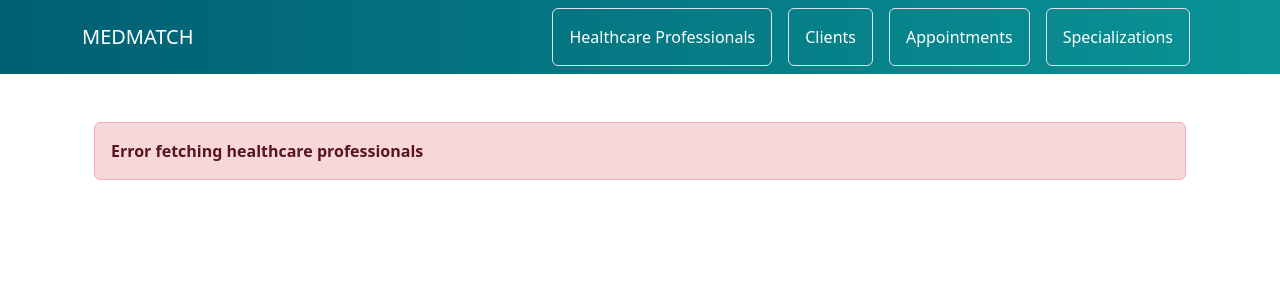
Repository: fahma20/medmatch-platform
Page: /healthcare-professionals (app in client/)
The author's editor kept a copy of each file at every save. The page is drawn from the files as they stood at one save, then again after the next save.
The browser window is 1280 px wide. The pictures show the whole page.
The page's requests for data from a server got no answer. The project was rebuilt for these pictures with package versions that can differ from the ones it lists, and the page was loaded fresh each time. No one was signed in, and anything a server would have sent is missing. Also part of the build but not shown: client/src/components/Specializations.js, client/src/components/Appointments.js, client/src/components/Clients.js, client/src/components/Homepage.js.

Above is the page before, as saved 2025-02-02 16:08:37.

### client/public/index.html
<!DOCTYPE html>
<html lang="en">
  <head>
    <meta charset="utf-8" />
    <link rel="icon" href="%PUBLIC_URL%/favicon.ico" />
    <link rel="preconnect" href="https://fonts.gstatic.com" />
    <link
      href="https://fonts.googleapis.com/css2?family=Permanent+Marker&display=swap"
      rel="stylesheet"
    />
    <meta name="viewport" content="width=device-width, initial-scale=1" />
    <meta name="theme-color" content="#000000" />
    <meta
      name="description"
      content="Web site created using create-react-app"
    />
    <link rel="apple-touch-icon" href="%PUBLIC_URL%/logo192.png" />
    <!--
      manifest.json provides metadata used when your web app is installed on a
      user's mobile device or desktop. See https://developers.google.com/web/fundamentals/web-app-manifest/
    -->
    <link rel="manifest" href="%PUBLIC_URL%/manifest.json" />
    <!--
      Notice the use of %PUBLIC_URL% in the tags above.
      It will be replaced with the URL of the `public` folder during the build.
      Only files inside the `public` folder can be referenced from the HTML.

      Unlike "/favicon.ico" or "favicon.ico", "%PUBLIC_URL%/favicon.ico" will
      work correctly both with client-side routing and a non-root public URL.
      Learn how to configure a non-root public URL by running `npm run build`.
    -->
    <title>MedMatch</title>
  </head>
  <body>
    <noscript>You need to enable JavaScript to run this app.</noscript>
    <div id="root"></div>
    <!--
      This HTML file is a template.
      If you open it directly in the browser, you will see an empty page.

      You can add webfonts, meta tags, or analytics to this file.
      The build step will place the bundled scripts into the <body> tag.

      To begin the development, run `npm start` or `yarn start`.
      To create a production bundle, use `npm run build` or `yarn build`.
    -->
  </body>
</html>

### client/src/index.js
import React from "react";
import ReactDOM from "react-dom/client";
import App from './components/App';  // Correct path to the App component

const root = ReactDOM.createRoot(document.getElementById("root"));
root.render(
  <React.StrictMode>
    <App />
  </React.StrictMode>
);

### client/src/components/App.js
import React from 'react';
import { BrowserRouter as Router, Routes, Route } from 'react-router-dom';
import 'bootstrap/dist/css/bootstrap.min.css';

import HealthcareProfessionals from './Healthcareprofessionals'; // Ensure the correct name and casing
import Specializations from './Specializations';
import Appointments from './Appointments';
import Clients from './Clients';
import Navbar from './Navbar';
import HomePage from './Homepage'; // Corrected import to HomePage

const App = () => {
  return (
    <Router>
      <Navbar /> {/* Your Navbar component */}
      <div className="container mt-5">
        <Routes>
          {/* Add HomePage as the route for the root path */}
          <Route path="/" element={<HomePage />} /> {/* Home Page */}
          <Route path="/clients" element={<Clients />} />
          <Route path="/appointments" element={<Appointments />} />
          <Route path="/specializations" element={<Specializations />} />
          <Route path="/healthcare-professionals" element={<HealthcareProfessionals />} /> {/* Healthcare Professionals Page */}
        </Routes>
      </div>
    </Router>
  );
};

export default App;

### client/src/components/Healthcareprofessionals.js

// HealthcareProfessionals.js
import React, { useState, useEffect } from 'react';
import Switch from 'react-switch';
import { Button, Form, Card, ListGroup, Collapse, Spinner, Alert } from 'react-bootstrap';

const HealthcareProfessional = () => {
  const [professionals, setProfessionals] = useState([]);
  const [newProfessionalName, setNewProfessionalName] = useState('');
  const [loading, setLoading] = useState(true);
  const [error, setError] = useState(null);
  const [open, setOpen] = useState({});

  useEffect(() => {
    fetchHealthcareProfessionals();
  }, []);

  // Fetch healthcare professionals, including their specializations
  const fetchHealthcareProfessionals = async () => {
    try {
      const response = await fetch('http://127.0.0.1:5000/api/healthcare_professionals');
      const data = await response.json();
      setProfessionals(data);
      setLoading(false);
    } catch (error) {
      setError('Error fetching healthcare professionals');
      setLoading(false);
    }
  };

  // Add new healthcare professional
  const handleAddProfessional = async () => {
    const newProfessional = { name: newProfessionalName, status: 'Active' }; // New professionals will be active by default
    try {
      const response = await fetch('http://127.0.0.1:5000/api/healthcare_professionals', {
        method: 'POST',
        headers: { 'Content-Type': 'application/json' },
        body: JSON.stringify(newProfessional),
      });

      if (response.ok) {
        const data = await response.json();
        setProfessionals([...professionals, data]);
        setNewProfessionalName('');
      }
    } catch (error) {
      console.error('Error adding healthcare professional', error);
    }
  };

  // Toggle the status of a healthcare professional
  const handleToggleStatus = async (id, currentStatus) => {
    const updatedStatus = currentStatus === 'Active' ? 'Inactive' : 'Active'; // Toggle status
    // Update the local state immediately for better UX
    setProfessionals((prevProfessionals) =>
      prevProfessionals.map((professional) =>
        professional.id === id ? { ...professional, status: updatedStatus } : professional
      )
    );

    // Make API request to update the status on the server
    try {
      const response = await fetch(`http://127.0.0.1:5000/api/healthcare_professionals/${id}`, {
        method: 'PUT',
        headers: { 'Content-Type': 'application/json' },
        body: JSON.stringify({ status: updatedStatus }), // Send the updated status here
      });

      if (!response.ok) {
        // If the status update failed, revert the status in the UI back to its original state
        setProfessionals((prevProfessionals) =>
          prevProfessionals.map((professional) =>
            professional.id === id ? { ...professional, status: currentStatus } : professional
          )
        );
      }
    } catch (error) {
      console.error('Error toggling doctor status', error);
      // If there's an error, revert the status in the UI back to its original state
      setProfessionals((prevProfessionals) =>
        prevProfessionals.map((professional) =>
          professional.id === id ? { ...professional, status: currentStatus } : professional
        )
      );
    }
  };

  // Toggle the status of a specialization
  const handleToggleSpecializationStatus = async (professionalId, specializationId, currentStatus) => {
    const updatedStatus = currentStatus === 'Active' ? 'Inactive' : 'Active'; // Toggle specialization status
    // Update the local state immediately for better UX
    setProfessionals((prevProfessionals) =>
      prevProfessionals.map((professional) =>
        professional.id === professionalId
          ? {
              ...professional,
              specializations: professional.specializations.map((specialization) =>
                specialization.id === specializationId
                  ? { ...specialization, status: updatedStatus }
                  : specialization
              ),
            }
          : professional
      )
    );

    // Make API request to update the specialization status on the server
    try {
      const response = await fetch(`http://127.0.0.1:5000/api/specializations/${specializationId}`, {
        method: 'PUT',
        headers: { 'Content-Type': 'application/json' },
        body: JSON.stringify({ status: updatedStatus }), // Send the updated status here
      });

      if (!response.ok) {
        // If the status update failed, revert the status in the UI back to its original state
        setProfessionals((prevProfessionals) =>
          prevProfessionals.map((professional) =>
            professional.id === professionalId
              ? {
                  ...professional,
                  specializations: professional.specializations.map((specialization) =>
                    specialization.id === specializationId
                      ? { ...specialization, status: currentStatus }
                      : specialization
                  ),
                }
              : professional
          )
        );
      }
    } catch (error) {
      console.error('Error toggling specialization status', error);
      // If there's an error, revert the status in the UI back to its original state
      setProfessionals((prevProfessionals) =>
        prevProfessionals.map((professional) =>
          professional.id === professionalId
            ? {
                ...professional,
                specializations: professional.specializations.map((specialization) =>
                  specialization.id === specializationId
                    ? { ...specialization, status: currentStatus }
                    : specialization
                ),
              }
            : professional
        )
      );
    }
  };

  // Delete a healthcare professional
  const handleDeleteProfessional = async (id) => {
    try {
      const response = await fetch(`http://127.0.0.1:5000/api/healthcare_professionals/${id}`, {
        method: 'DELETE',
      });

      if (response.ok) {
        setProfessionals((prevProfessionals) =>
          prevProfessionals.filter((professional) => professional.id !== id)
        );
      }
    } catch (error) {
      console.error('Error deleting healthcare professional', error);
    }
  };

  if (loading) {
    return (
      <div className="container mt-5 text-center">
        <Spinner animation="border" variant="primary" />
        <p>Loading healthcare professionals...</p>
      </div>
    );
  }

  if (error) {
    return (
      <div className="container mt-5">
        <Alert variant="danger">
          <strong>{error}</strong>
        </Alert>
      </div>
    );
  }

  return (
    <div className="container mt-5">
      {/* Heading for the page */}
      <h2 className="mb-4 text-center text-dark font-weight-bold" style={{ fontSize: '2rem' }}>
        Healthcare Professionals
      </h2>

      {/* Add Healthcare Professional Form */}
      <Form>
        <Form.Group>
          <Form.Label>Healthcare Professional Name</Form.Label>
          <Form.Control
            type="text"
            value={newProfessionalName}
            onChange={(e) => setNewProfessionalName(e.target.value)}
            required
            style={{ fontSize: '1rem' }} // Readable font size
          />
        </Form.Group>

        <Button
          type="button"
          variant="success"
          onClick={handleAddProfessional}
          style={{
            width: '100%',
            backgroundColor: '#008080',
            borderColor: '#008080',
          }}
        >
          Add Healthcare Professional
        </Button>
      </Form>

      {/* Healthcare Professionals List */}
      <div className="mt-4">
        <h3 className="text-dark" style={{ fontSize: '1.5rem' }}>List of Healthcare Professionals</h3>
        {professionals.length === 0 ? (
          <p>No healthcare professionals available.</p>
        ) : (
          professionals.map((professional) => (
            <Card key={professional.id} className="mb-3 shadow-sm" style={{ backgroundColor: '#f7f7f7' }}>
              <Card.Body>
                <div className="d-flex justify-content-between align-items-center">
                  <h5 className="card-title" style={{ color: '#333' }}>{professional.name}</h5>
                  <Button
                    variant="success" // Change to teal for consistent theme
                    onClick={() => handleDeleteProfessional(professional.id)}
                    style={{
                      backgroundColor: '#008080',
                      borderColor: '#008080',
                    }}
                  >
                    Delete
                  </Button>
                </div>

                {/* Toggle Professional Status */}
                <div className="d-flex align-items-center mt-3">
                  <label className="mr-2" style={{ marginRight: '8px' }}>Status:</label> {/* Space between status and toggle */}
                  <Switch
                    checked={professional.status === 'Active'}
                    onChange={() => handleToggleStatus(professional.id, professional.status)}
                    offColor="#d9534f"
                    onColor="#008080" // Teal for active
                    checkedIcon={false}
                    uncheckedIcon={false}
                    height={20}
                    width={48}
                  />
                </div>

                {/* Specializations Toggle Button */}
                <Button
                  variant="link"
                  className="mt-3"
                  onClick={() => setOpen((prevState) => ({ ...prevState, [professional.id]: !prevState[professional.id] }))}
                  style={{ color: '#008080' }}
                >
                  {open[professional.id] ? 'Hide Specializations' : 'Show Specializations'}
                </Button>

                <Collapse in={open[professional.id]}>
                  <ListGroup className="mt-3">
                    {professional.specializations && professional.specializations.length > 0 ? (
                      professional.specializations.map((specialization) => (
                        <ListGroup.Item key={specialization.id}>
                          {specialization.specialization_name}
                          <span className={`badge ml-2 ${specialization.status === 'Active' ? 'badge-success' : 'badge-secondary'}`}>
                            {specialization.status}
                          </span>
                          {/* Toggle Specialization Status */}
                          <Switch
                            checked={specialization.status === 'Active'}
                            onChange={() => handleToggleSpecializationStatus(professional.id, specialization.id, specialization.status)}
                            offColor="#d9534f"
                            onColor="#008080" // Teal for active
                            checkedIcon={false}
                            uncheckedIcon={false}
                            height={20}
                            width={48}
                          />
                        </ListGroup.Item>
                      ))
                    ) : (
                      <ListGroup.Item>No Specializations</ListGroup.Item>
                    )}
                  </ListGroup>
                </Collapse>
              </Card.Body>
            </Card>
          ))
        )}
      </div>
    </div>
  );
};

export default HealthcareProfessional;

### client/src/components/Navbar.js
// Navbar.js
import React from 'react';
import { Link } from 'react-router-dom';

const Navbar = () => {
  return (
    <nav className="navbar navbar-expand-lg navbar-light" style={{ background: 'linear-gradient(to right, #005f73, #0a9396)' }}>
      <div className="container">
        <Link className="navbar-brand text-white font-weight-bold" to="/">MEDMATCH</Link>
        <button
          className="navbar-toggler"
          type="button"
          data-bs-toggle="collapse"
          data-bs-target="#navbarNav"
          aria-controls="navbarNav"
          aria-expanded="false"
          aria-label="Toggle navigation"
        >
          <span className="navbar-toggler-icon"></span>
        </button>
        <div className="collapse navbar-collapse" id="navbarNav">
          <ul className="navbar-nav ms-auto">
            <li className="nav-item mx-2">
              <Link className="nav-link text-white p-3 border rounded" to="/healthcare-professionals">
                Healthcare Professionals
              </Link>
            </li>
            <li className="nav-item mx-2">
              <Link className="nav-link text-white p-3 border rounded" to="/clients">
                Clients
              </Link>
            </li>
            <li className="nav-item mx-2">
              <Link className="nav-link text-white p-3 border rounded" to="/appointments">
                Appointments
              </Link>
            </li>
            <li className="nav-item mx-2">
              <Link className="nav-link text-white p-3 border rounded" to="/specializations">
                Specializations
              </Link>
            </li>
          </ul>
        </div>
      </div>
    </nav>
  );
};

export default Navbar;

After the next save:
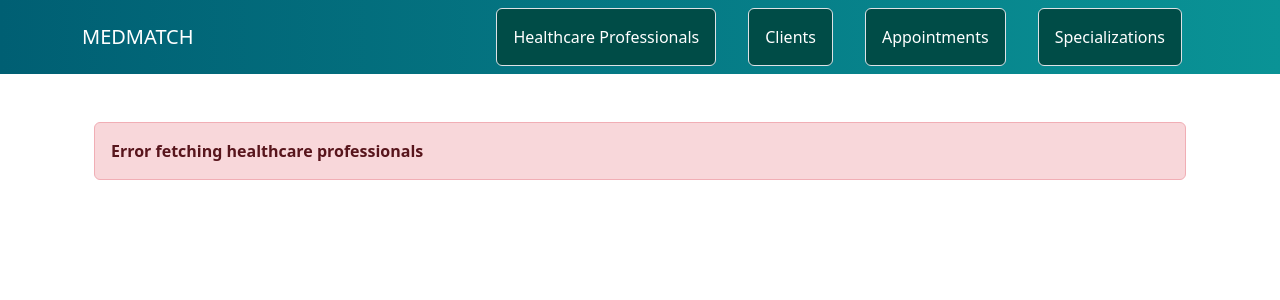
Saved 102 s later.
--- a/client/src/components/Navbar.js
+++ b/client/src/components/Navbar.js
@@ -20,23 +20,23 @@ const Navbar = () => {
         </button>
         <div className="collapse navbar-collapse" id="navbarNav">
           <ul className="navbar-nav ms-auto">
-            <li className="nav-item mx-2">
-              <Link className="nav-link text-white p-3 border rounded" to="/healthcare-professionals">
+            <li className="nav-item mx-3">
+              <Link className="nav-link text-white p-3 border rounded" style={{ backgroundColor: '#004c47', borderColor: '#003f3b' }} to="/healthcare-professionals">
                 Healthcare Professionals
               </Link>
             </li>
-            <li className="nav-item mx-2">
-              <Link className="nav-link text-white p-3 border rounded" to="/clients">
+            <li className="nav-item mx-3">
+              <Link className="nav-link text-white p-3 border rounded" style={{ backgroundColor: '#004c47', borderColor: '#003f3b' }} to="/clients">
                 Clients
               </Link>
             </li>
-            <li className="nav-item mx-2">
-              <Link className="nav-link text-white p-3 border rounded" to="/appointments">
+            <li className="nav-item mx-3">
+              <Link className="nav-link text-white p-3 border rounded" style={{ backgroundColor: '#004c47', borderColor: '#003f3b' }} to="/appointments">
                 Appointments
               </Link>
             </li>
-            <li className="nav-item mx-2">
-              <Link className="nav-link text-white p-3 border rounded" to="/specializations">
+            <li className="nav-item mx-3">
+              <Link className="nav-link text-white p-3 border rounded" style={{ backgroundColor: '#004c47', borderColor: '#003f3b' }} to="/specializations">
                 Specializations
               </Link>
             </li>
